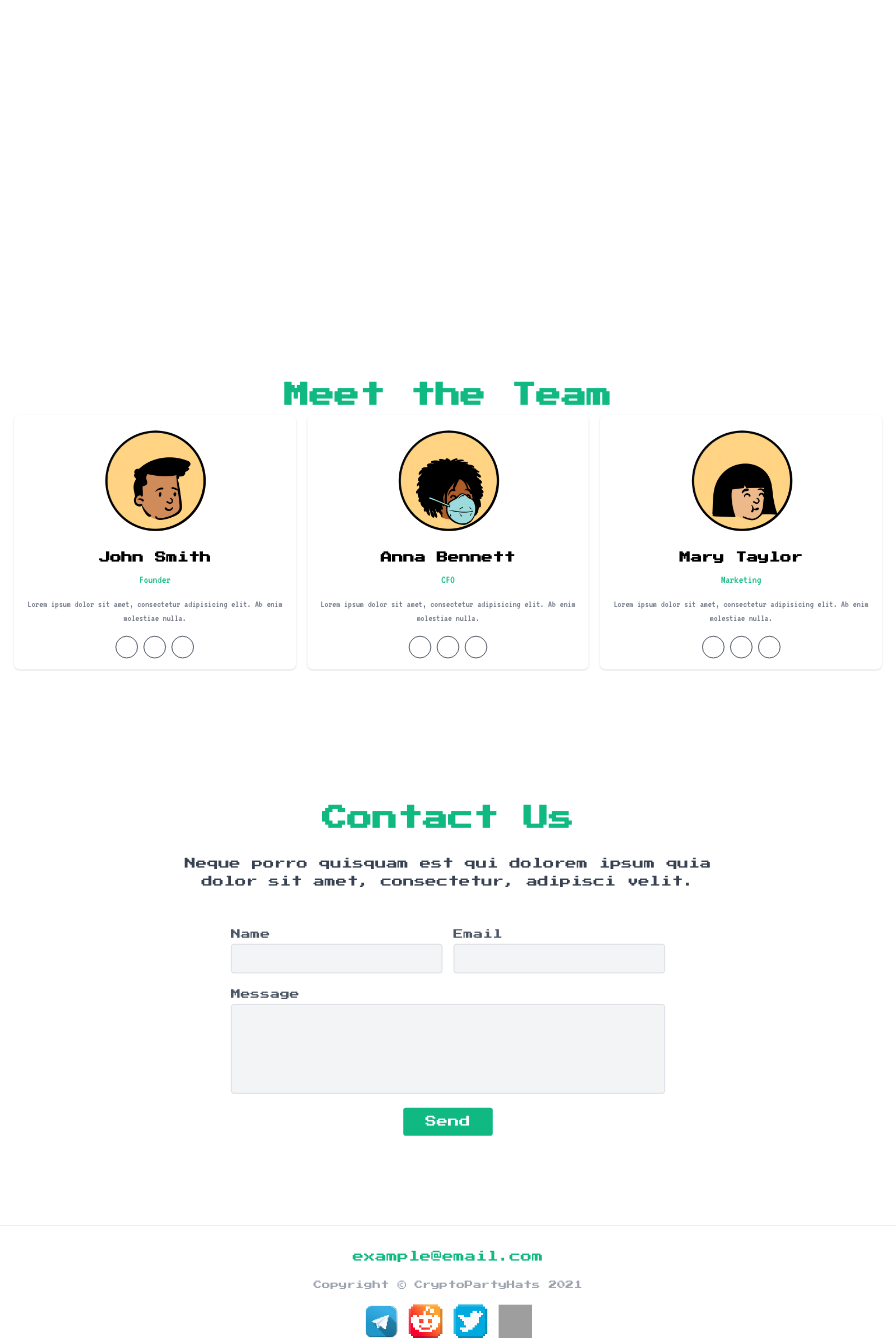
Repository: rhinorphan/phat-landing-page
Page: /
These files come from the project's save history. The page is drawn as it stood at one moment and after the next save; the edit follows.
The browser window is 1280 px wide. The pictures show the part of the page from y = 2228 to 4148 px (the page is 4148 px tall before and 4122 px after), at 70% of full size.
Pictures or frames that could not be fetched are drawn as grey boxes. The project was rebuilt for these pictures with package versions that can differ from the ones it lists, and the page was loaded fresh each time. Also part of the build but not shown: craco.config.js.

Above is the page before, as saved 2021-11-17 23:11:42.

After the next save:
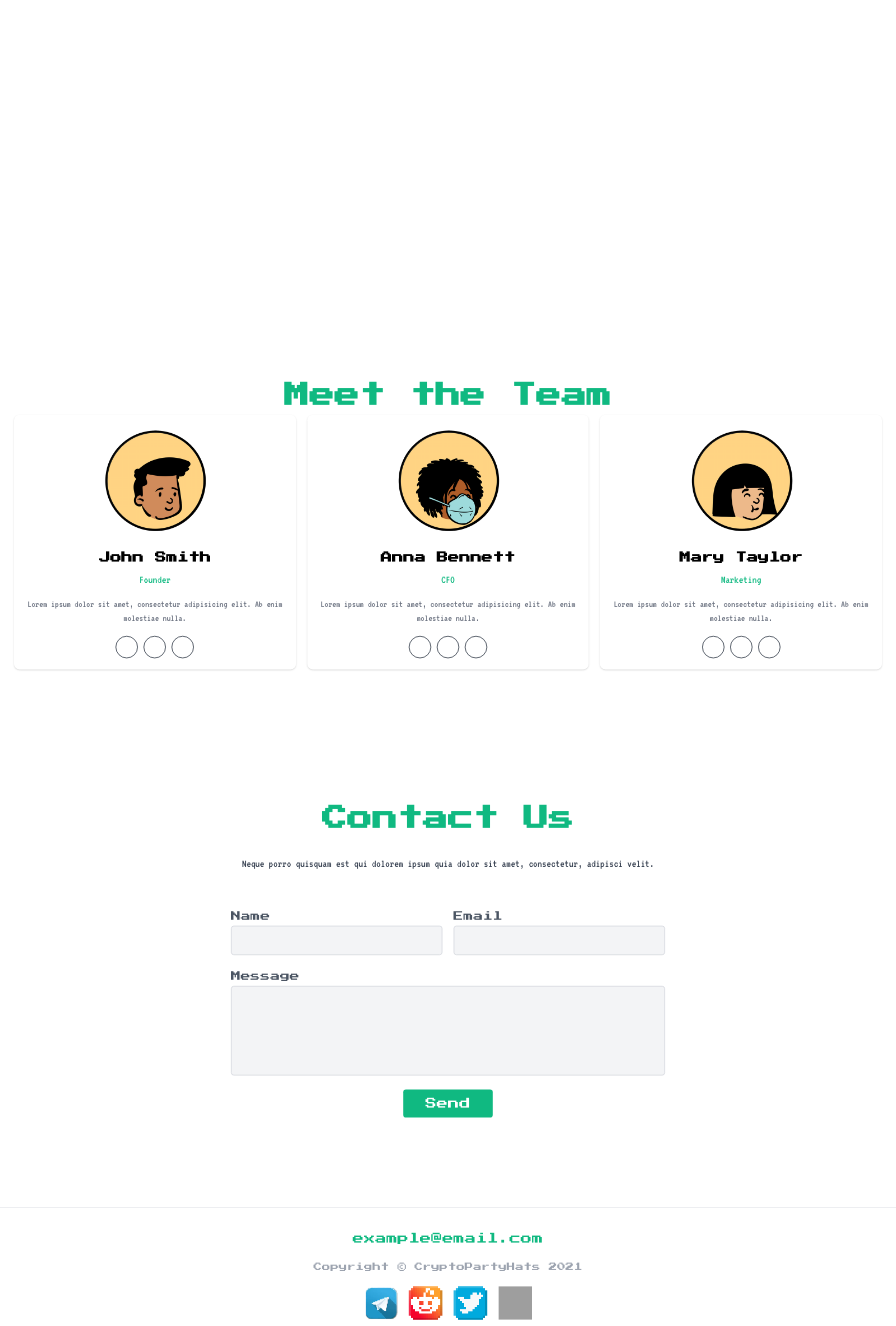
Saved 46 s later.
--- a/src/components/Contact.js
+++ b/src/components/Contact.js
@@ -11,7 +11,7 @@ function Contact() {
             <h1 className="flex text-4xl  font-bold mb-8 text-green-500 justify-center">
               Contact Us
             </h1>
-            <p className="lg:w-2/3 mx-auto leading-relaxed text-base">
+            <p className="lg:w-2/3 mx-auto leading-relaxed text-base normalText">
             Neque porro quisquam est qui dolorem ipsum quia dolor sit amet, consectetur, adipisci velit.
             </p>
           </div>
